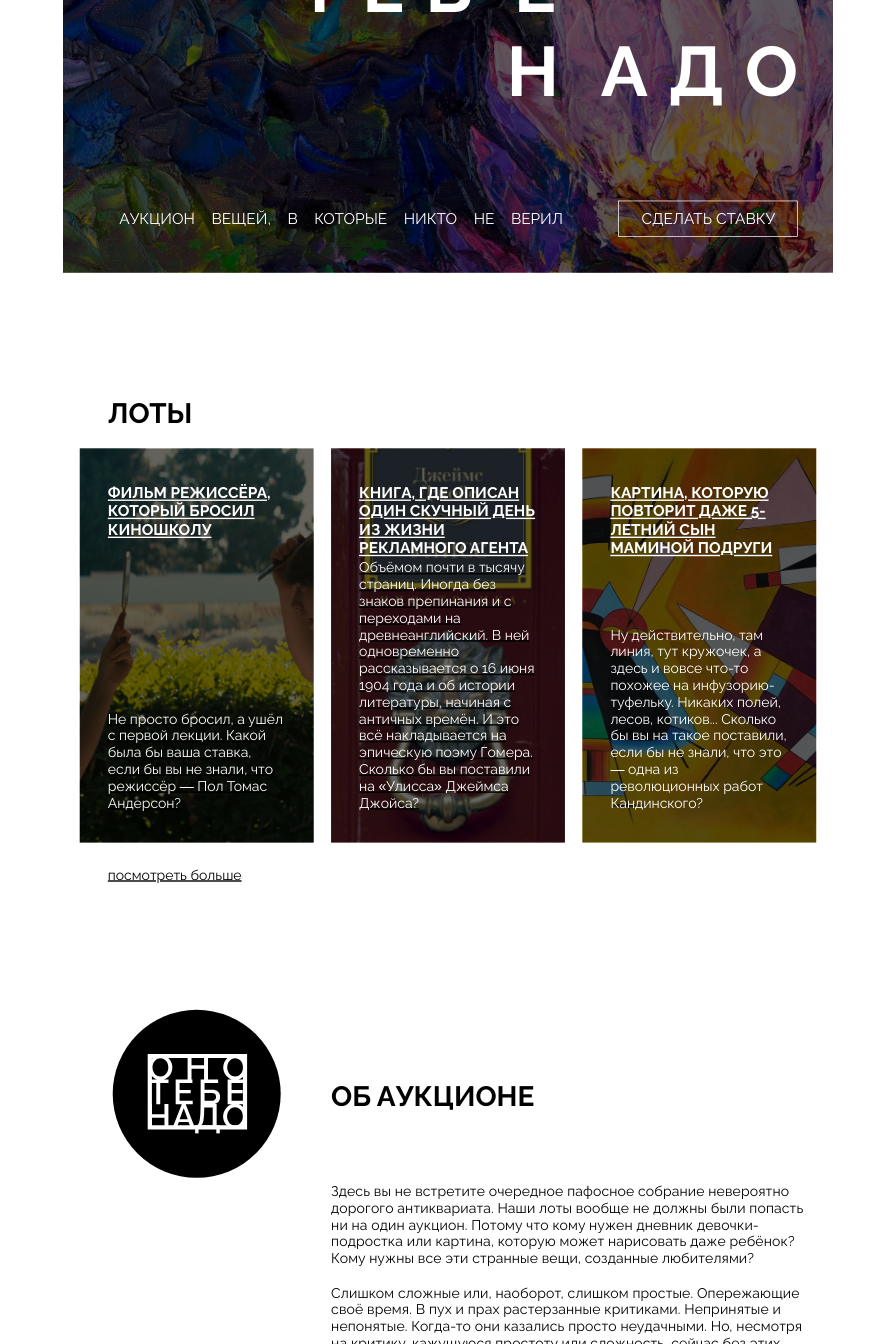
Repository: Smoyki/ono-tebe-nado
Page: index.html
An editor plug-in stored every save of this project. The page is shown before and after the next save, followed by the edit.
The browser window is 1280 px wide. The pictures show the part of the page from y = 662 to 2582 px (the page is 3028 px tall), at 70% of full size.

Above is the page before, as saved 2024-04-20 21:37:52.

After the next save:
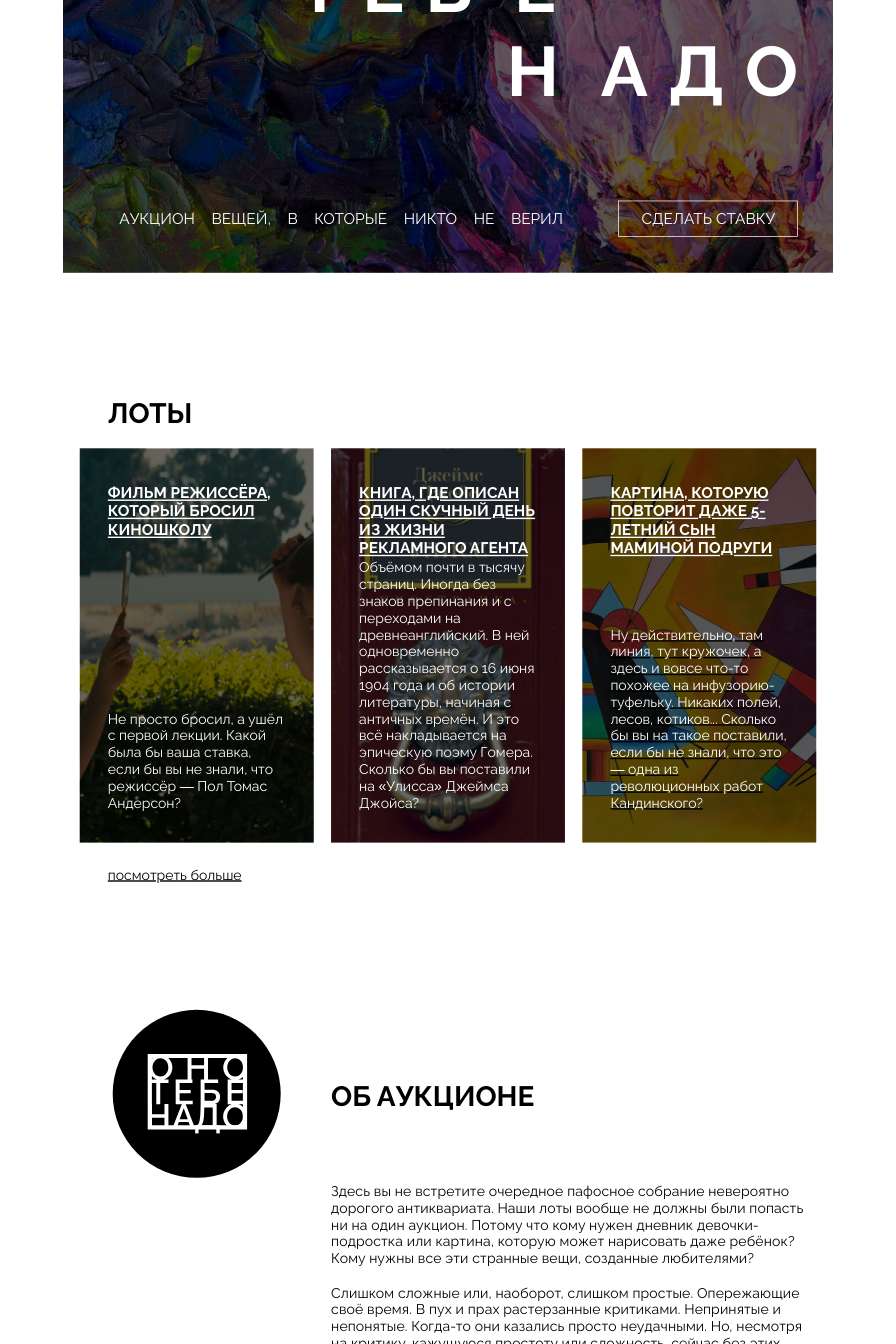
Saved 15 s later.
--- a/styles/style.css
+++ b/styles/style.css
@@ -246,7 +246,7 @@
   text-decoration: underline;
 }
 
-.link-lots-style {
+.card-link {
   text-decoration: none;
 }
 
